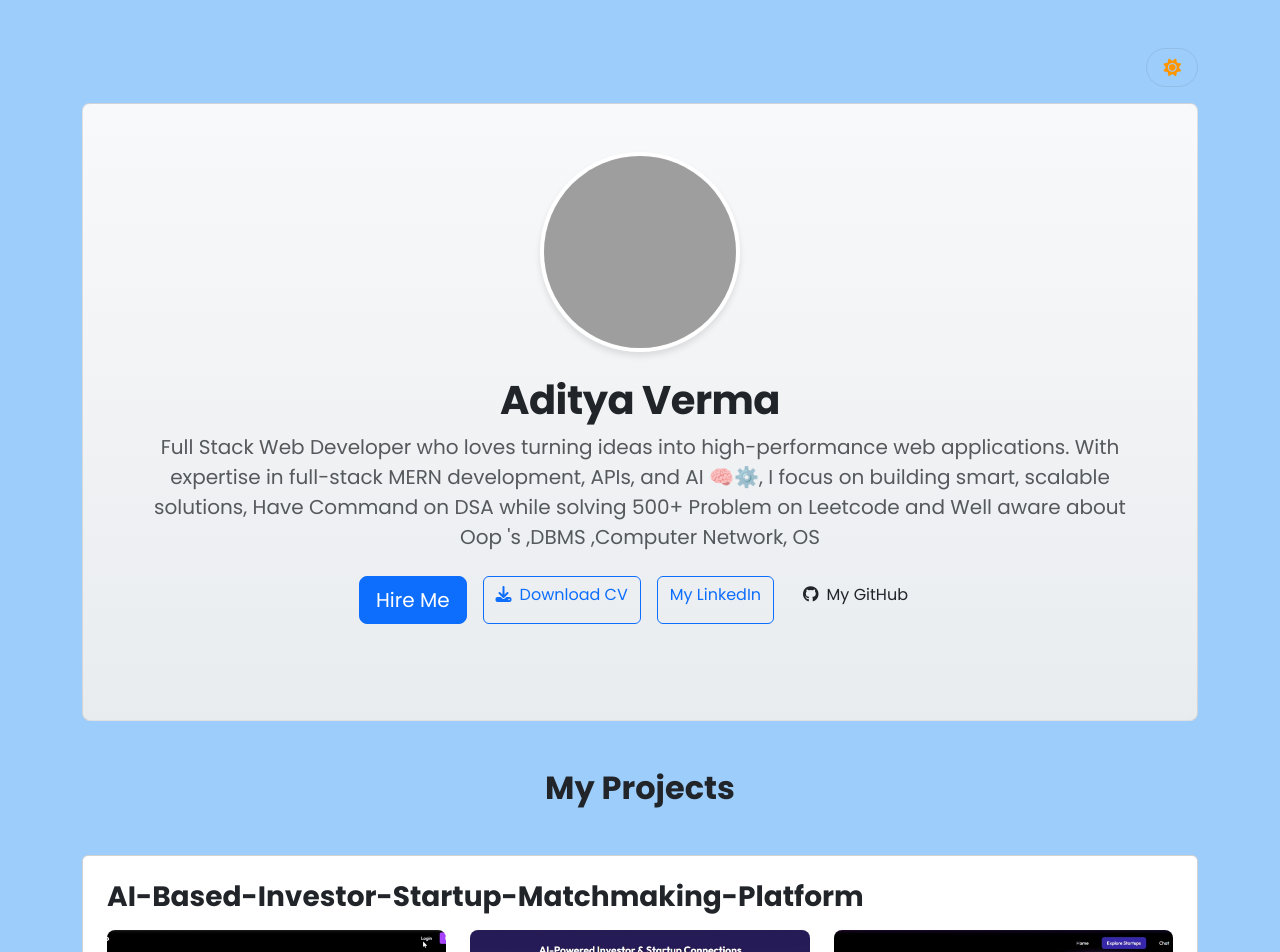
Repository: AdityaTech-Pro/Portfolio-Aditya-Verma
Page: Aditya Portfolio/index.html
An editor plug-in stored every save of this project. The page is shown before and after the next save, followed by the edit.
The browser window is 1280 px wide. The pictures show the part of the page from y = 0 to 952 px (the page is 4999 px tall).
Pictures or frames that could not be fetched are drawn as grey boxes.

Above is the page before, as saved 2026-01-07 23:45:27.

After the next save:
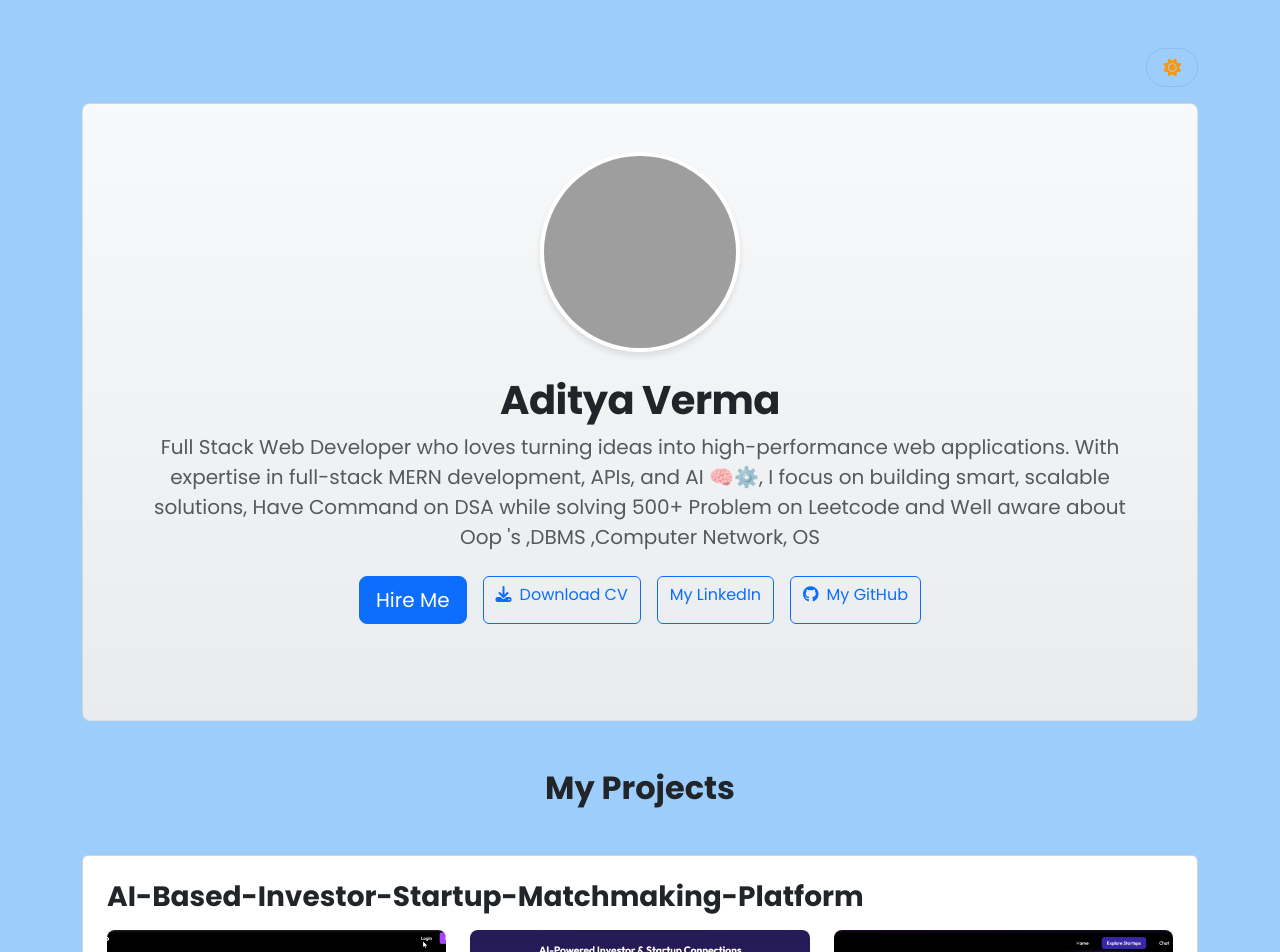
Saved 4 s later.
--- a/Aditya Portfolio/index.html
+++ b/Aditya Portfolio/index.html
@@ -235,7 +235,7 @@
                 <a href="www.linkedin.com/in/9905adityaverma" class="btn btn-outline-primary " target="_blank ">
                     <i class=""></i>My LinkedIn
                 </a>
-                <a href="https://github.com/AdityaTech-Pro" class="btn btn-outline-pr " target="_blank ">
+                <a href="https://github.com/AdityaTech-Pro" class="btn btn-outline-primary " target="_blank ">
                     <i class="fab fa-github me-2 "></i>My GitHub
                 </a>
 
